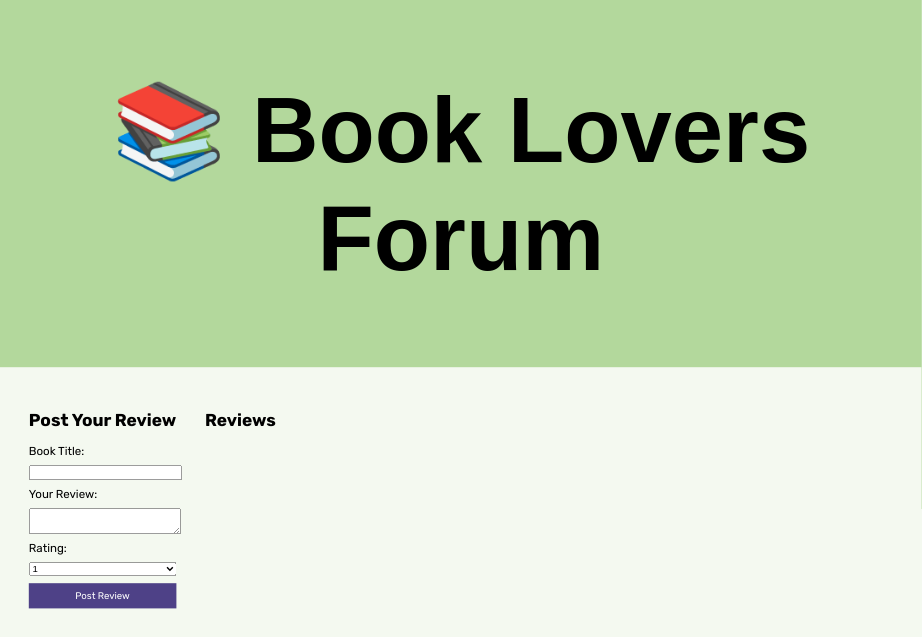
Repository: valentinaarojas/virtual-book-club
Page: index.html
The author's editor kept a copy of each file at every save. The page is drawn from the files as they stood at one save, then again after a run of saves.
The browser window is 1280 px wide. The pictures show the whole page, at 72% of full size.
Some web fonts or font styles are not loaded; a fallback is used.

Above is the page before, as saved 2025-02-12 17:18:58.
Console error: ReferenceError: form is not defined

### index.html
<!DOCTYPE html>
<html lang="en">
<head>
    <title>Book Lovers Forum</title>
    <link rel="stylesheet" href="styles.css">
    <link rel="preconnect" href="https://fonts.googleapis.com">
    <link rel="preconnect" href="https://fonts.gstatic.com" crossorigin>
    <link href="https://fonts.googleapis.com/css2?family=Licorice&display=swap" rel="stylesheet">
    <link href="https://fonts.googleapis.com/css2?family=Licorice&family=Rubik:ital,wght@0,300..900;1,300..900&display=swap" rel="stylesheet">
</head>
<body>
    <header>
        <h1>📚 Book Lovers Forum</h1>
    </header>
    <main>
        <section id="review-form-section">
            <h2>Post Your Review</h2>
            <form id="review-form">
                <label for="book-title">Book Title:</label>
                <input type="text" id="book-title" name="book-title" required>
                <label for="review-text">Your Review:</label>
                <textarea id="review-text" name="review-text" required></textarea>
                <label for="rating">Rating:</label>
                <select id="rating" name="rating">
                    <option value="1">1</option>
                    <option value="2">2</option>
                    <option value="3">3</option>
                    <option value="4">4</option>
                    <option value="5">5</option>
                </select>
                <button type="submit">Post Review</button>
            </form>
        </section>
        <section id="reviews-section">
            <h2>Reviews</h2>
            <div id="reviews-list">
                <!-- Reviews will be dynamically inserted here -->
            </div>
        </section>
    </main>
    <script src="script.js"></script>
</body>
</html>

### styles.css
body {
    font-family: Rubik, sans-serif;
    margin: 0;
    padding: 0;
    background-color: #F4F9F0;
}

header {
    background-color: #B3D89C;
    padding: 20px;
    text-align: center;
}

main {
    padding: 20px;
    display: flex;
}

section {
    margin: 20px;
}

h1 {
    font-family: Licorice, sans-serif;
    font-size: 8em;
}

#reviews-section {
    flex-grow: 2;
}

#review-form-section,
#reviews-section {
    margin-bottom: 20px;
}

#review-form label,
#review-form input,
#review-form textarea,
#review-form select,
#review-form button {
    display: block;
    width: 100%;
    margin-top: 10px;
}

button {
    background-color: #4E4187;
    font-family: Rubik, sans-serif;
    color: white;
    padding: 10px;
    border: none;
    cursor: pointer;
}

button:hover {
    background-color: #C1BADE;
    color: black;
}

#reviews-list {
    margin-top: 20px;
}

.review-item {
    background-color: #fff;
    border: 1px solid #ddd;
    padding: 20px;
    margin-bottom: 10px;
}

.review-item:hover {
    background-color: #f9f9f9;
}

### script.js
function loadReviews() {
    console.log("loadReviews called!");
    fetch('reviews.json')
        .then(response => {
            if (!response.ok) {
                throw new Error('Network response was not ok');
            }
            return response.json();  // Assuming the server sends JSON
        })
        .then(reviews => {
            console.log(reviews); // Log the fetched reviews
            const reviewsList = document.getElementById("reviews-list"); // Get the div to append reviews
            reviews.forEach(review => {
                const reviewElement = createReviewElement(review);
                reviews
            });
        })
        .catch(error => {
            console.error('There was a problem:', error);
        });
}

function handleReviewSubmit() {
    console.log("handleReviewSubmit");
}

function createReviewElement(review) {
    console.log(review);
    const newDiv = document.createElement('div'); // Create the main review container
    newDiv.classList.add('review-item'); // Add the class 'review-item' (can style now)
    const bookTitle = document.createElement('h3'); // Create and add book title
    bookTitle.textContent = review.title;
    newDiv.append(bookTitle);
    const reviewText = document.createElement('p'); // Create and add review text
    reviewText.textContent = review.reviewText;
    newDiv.append(reviewText);
    const rating = document.createElement('p'); // Create and add rating
    rating.textContent = `Rating: ${review.rating}`;
    newDiv.append(rating);
    const likeButton = document.createElement('button'); // Create and add like button
    likeButton.textContent = "Like";
    likeButton.id = `like-${review.id}`; // Unique ID based on review ID
    likeButton.setAttribute('data-liked', 'false');
    likeButton.addEventListener('click', () => toggleLike(likeButton, review.id));
    newDiv.appendChild(likeButton);
    const repostButton = document.createElement('button'); // Create and add repost button
    repostButton.textContent = "Repost";
    repostButton.id = `repost-${review.id}`; // Unique ID based on review ID
    repostButton.addEventListener('click', () => repostButton(review.id));
    newDiv.appendChild(repostButton);
    return newDiv; // Return the created review element
}

function toggleLike() {
    console.log('Like button clicked');
}

function repostReview() {
    console.log('Repost button clicked');
}

document.addEventListener("DOMContentLoaded", () => {
    console.log("page loaded and ready for actions!");
    loadReviews();
    const reviewForm = document.getElementById("reviews-list");
    form.addEventListener('submit', handleReviewSubmit);
});

### reviews.json
[
	{
		"id": 1,
		"title": "The Great Gatsby",
		"reviewText": "A fascinating exploration of the Jazz Age and the American dream. Fitzgerald's prose is breathtaking.",
		"rating": 5,
		"likes": 12,
		"reposts": 4
	},
	{
		"id": 2,
		"title": "1984",
		"reviewText": "Orwell's dystopian vision is chillingly relevant today. A must-read for its profound insights into power, surveillance, and freedom.",
		"rating": 5,
		"likes": 15,
		"reposts": 5
	},
	{
		"id": 3,
		"title": "To Kill a Mockingbird",
		"reviewText": "A powerful and moving story about childhood, racism, and morality. Atticus Finch is an unforgettable character.",
		"rating": 5,
		"likes": 20,
		"reposts": 8
	},
	{
		"id": 4,
		"title": "Pride and Prejudice",
		"reviewText": "Austen's wit and critique of societal expectations are as delightful and relevant as ever. Elizabeth Bennet is a heroine for the ages.",
		"rating": 4,
		"likes": 18,
		"reposts": 7
	},
	{
		"id": 5,
		"title": "The Catcher in the Rye",
		"reviewText": "Salinger's portrayal of teenage alienation and loss of innocence is both heartbreaking and thought-provoking.",
		"rating": 4,
		"likes": 10,
		"reposts": 3
	}
]

After the next 3 saves:
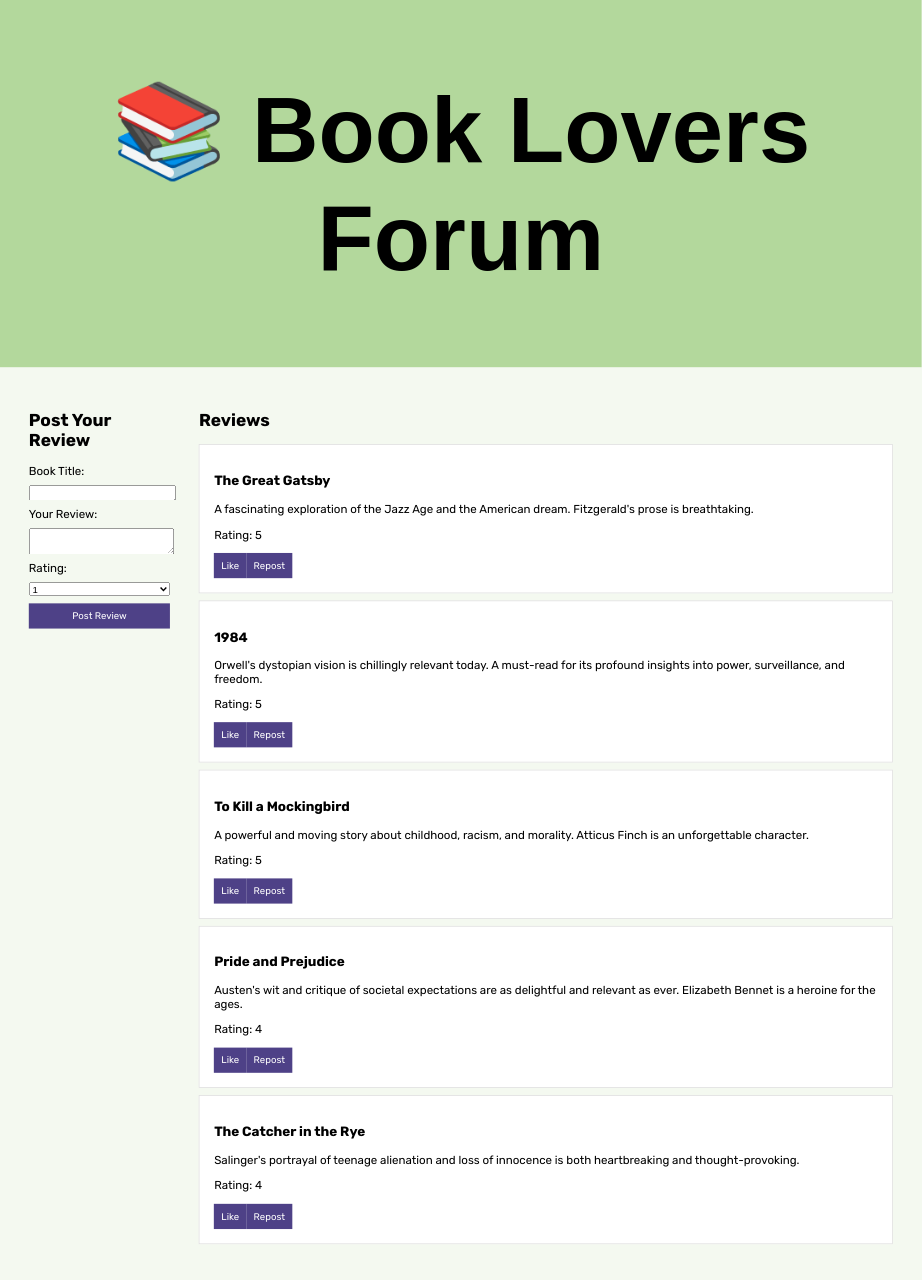
The 3 saves are shown as one change because they came seconds apart.
The last was saved 9 s later.
--- a/script.js
+++ b/script.js
@@ -12,7 +12,7 @@ function loadReviews() {
             const reviewsList = document.getElementById("reviews-list"); // Get the div to append reviews
             reviews.forEach(review => {
                 const reviewElement = createReviewElement(review);
-                reviews
+                reviewsList.appendChild(reviewElement); // Add the review element]
             });
         })
         .catch(error => {
